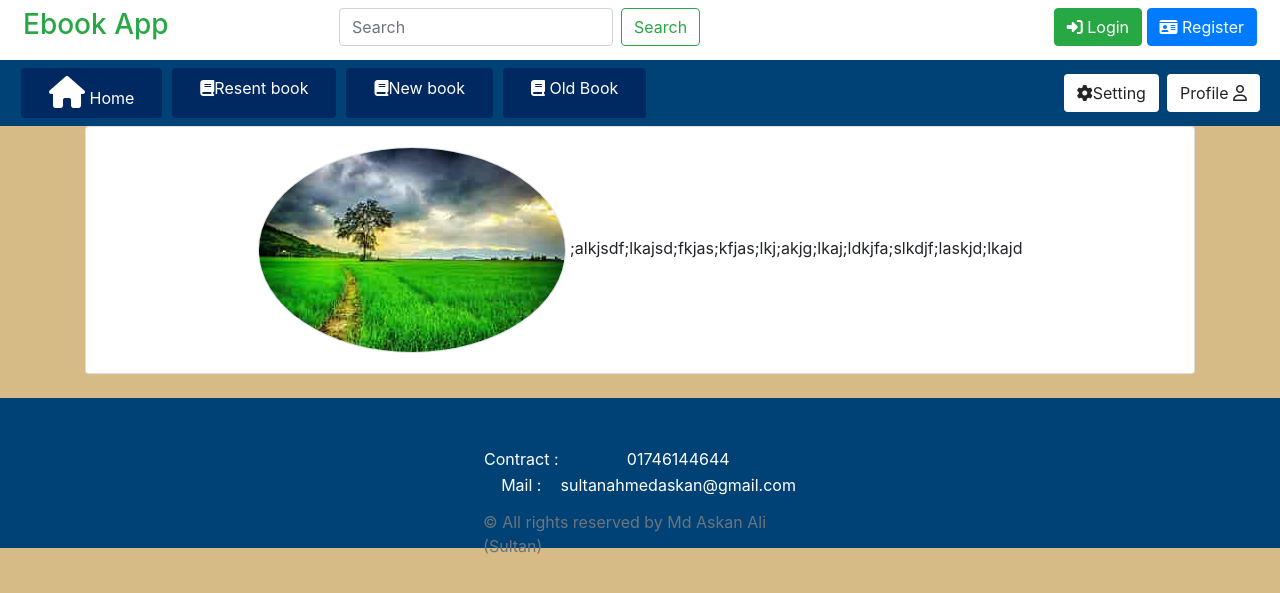
Repository: sultanaskan/EbookApp
Page: http://localhost/ebook/profile.jsp
The author's editor kept a copy of each file at every save. The page is drawn from the files as they stood at one save, then again after the next save.
The browser window is 1280 px wide. The pictures show the whole page.
The page is served by Tomcat 9.

Above is the page before, as saved 2024-05-06 07:57:12.

After the next save:
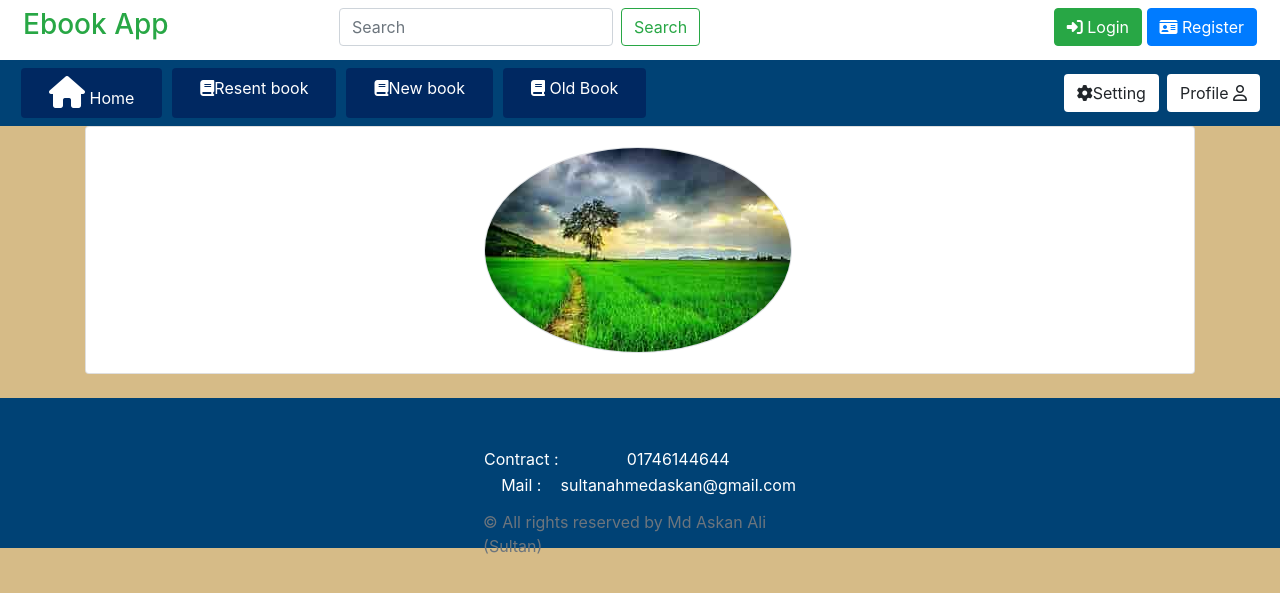
Saved 21 s later.
--- a/ebook/src/main/webapp/profile.jsp
+++ b/ebook/src/main/webapp/profile.jsp
@@ -25,7 +25,7 @@
 		<div class="card text-center">
 			<div class="card-body jusify-content-center align-item-center">
 			<img class="rounded-circle border w-5 h-5 jusify-content-center align-item-center " alt="" src="data:[embedded picture, 7115 characters]">
-			<img alt="" src="">;alkjsdf;lkajsd;fkjas;kfjas;lkj;akjg;lkaj;ldkjfa;slkdjf;laskjd;lkajd
+			<img alt="" src="">
 			</div>
 		</div>
 
